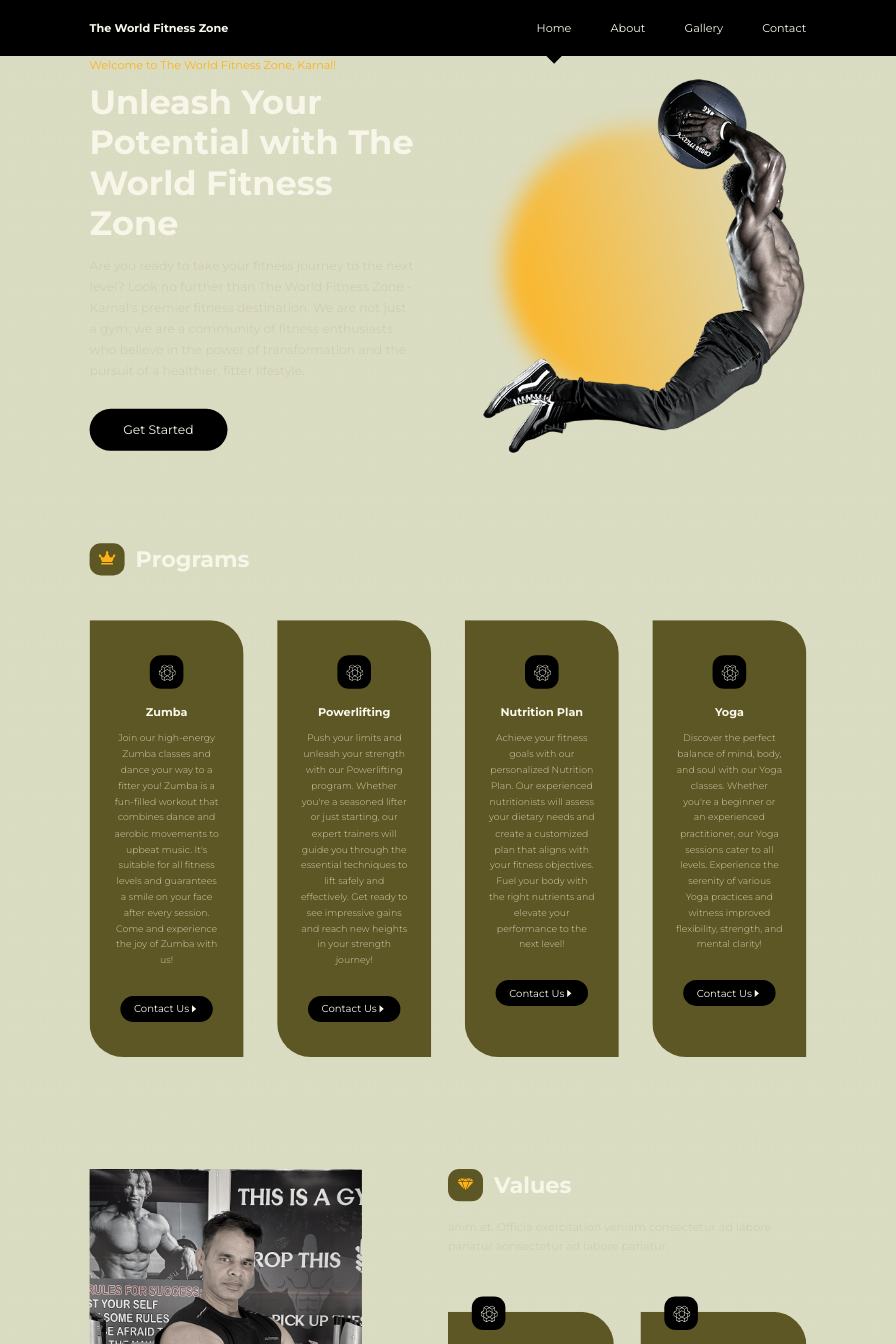
Repository: aryaMode/gym-portfolio
Page: /
An editor plug-in stored every save of this project. The page is shown before and after a run of saves, followed by the edit.
The browser window is 1280 px wide. The pictures show the part of the page from y = 0 to 1920 px (the page is 4873 px tall), at 70% of full size.
The project was rebuilt for these pictures with package versions that can differ from the ones it lists, and the page was loaded fresh each time. Also part of the build but not shown: src/pages/about/about.css, src/components/Header.jsx, src/pages/about/About.jsx, src/pages/contact/contact.css, src/pages/contact/Contact.jsx, src/pages/gallery/gallery.css, src/pages/gallery/Gallery.jsx, src/pages/notFound/notFound.css and 6 more.

Above is the page before, as saved 2023-07-20 17:37:30.

### public/index.html
<!DOCTYPE html>
<html lang="en">

<head>
    <meta charset="UTF-8">
    <meta http-equiv="X-UA-Compatible" content="IE=edge">
    <meta name="viewport" content="width=device-width, initial-scale=1.0">
    <title>Portfolio Website</title>
    <!-- GOOGLE FONTS (montserrat) -->
    <link href="https://fonts.googleapis.com/css2?family=Montserrat:wght@300;400;500;600;700&display=swap"
        rel="stylesheet">
</head>

<body>
    <div id="root"></div>
</body>

</html>

### src/App.jsx
// rafce -> shortcut to create component and export
import { BrowserRouter, Routes, Route } from "react-router-dom";
import React from "react";
import Home from "./pages/home/Home";
import About from "./pages/about/About";
import Contact from "./pages/contact/Contact";
import Gallery from "./pages/gallery/Gallery";
import NotFound from "./pages/notFound/NotFound";
import Plans from "./pages/plans/Plans";
import Trainers from "./pages/trainers/Trainers";
import Navbar from "./components/Navbar";
import Footer from "./components/Footer";

const App = () => {
	return (
		<BrowserRouter>
			<Navbar />
			<Routes>
				<Route index element={<Home />} />
				<Route path="about" element={<About />} />
				<Route path="contact" element={<Contact />} />
				<Route path="gallery" element={<Gallery />} />
				<Route path="plans" element={<Plans />} />
				<Route path="trainers" element={<Trainers />} />
				<Route path="*" element={<NotFound />} />
			</Routes>
			<Footer />
		</BrowserRouter>
	);
};

export default App;

### src/index.css
 *, *::before, *::after{
    margin: 0;
    padding: 0;
    border: 0;
    outline: 0;
    list-style: none;
    text-decoration: none;
    box-sizing: border-box;
 }

 /* CSS Global variable starts with :root {...} check w3school docs for more  info */
 :root{
    --primary-hue: 210;
    --gray-hue: 55;
    /* hsl (hue, saturation, lightness) */
    --color-primary: black;
    --color-primary-variant: hsl(var(--primary-hue), 100%, 65%);
    --color-secondary: #ffb116;
    --color-gray-100: hsl(var(--gray-hue), 47%, 94%); /*almost white colour lightness is almost 100%*/
    --color-gray-200: hsl(var(--gray-hue), 26%, 75%);
    --color-gray-300: hsl(var(--gray-hue), 24%, 64%);
    --color-gray-400: hsl(var(--gray-hue), 16%, 41%);
    --color-gray-500: hsl(var(--gray-hue), 44%, 25%);
    --color-gray-600: hsl(var(--gray-hue), 48%, 15%);

    --container-width-lg: 80%;
    --container-width-md: 90%;

    --transition: all 500ms ease; /* make sure all transition have a constant effect*/
 }

  /******************** GENERAL STYLES ********************/
  body{
    font-family: "Montserrat", sans-serif;
    color: var(--color-gray-200);
    line-height: 1.7;
    overflow-x: hidden;
    background: rgb(218, 220, 194) url(./images/bg_texture.png);
  }

  .container{
    width: var(--container-width-lg);
    max-width: 1920px;
    margin-inline: auto;
  }

  h1, h2, h3, h4, h5 {
    line-height: 1.2;
    color: var(--color-gray-100);
  }

  h1 {
    font-size: 3rem;
  }

  h2 {
    font-size: 2rem ;
  }

  a {
    color: var(--color-gray-100);
  }

  img{
    display: block;
    object-fit: cover;
    width: 100%;
}

.btn {
    color: var(--color-gray-100);
    width: fit-content;
    margin: 0 auto;
    padding: 0.9rem 2rem;
    background: var(--color-primary);
    border-radius: 1.5rem;
    transition: var(--transition);
}

.btn:hover {
    background: var(--color-secondary);
    color: var(--color-gray-600);
}

.btn.lg {
    padding: 1.2rem 3rem;
    border-radius: 2rem;
    font-size: 1.1rem;
}

.btn.sm {
    padding: 0.4rem 1.2rem;
    font-size: 0.9rem;
}

.btn.sm:hover {
    background: var(--color-gray-100);
}

/******************** SECTION REUSABLE STYLES ********************/
section {
    margin-top: 10rem;
}

.section__head {
    display: flex;
    align-items: center;
    gap: 1rem;
}

.section__head span {
    background: var(--color-gray-500);
    padding: 0.3rem 0.8rem 0;
    border-radius: 1rem;
    color: var(--color-secondary);
    font-size: 1.5rem;
}

.card {
    background: var(--color-gray-500);
    border: 2px solid transparent;
    text-align: center;
    padding: 3rem 2rem;
    border-radius: 0 3rem 0 3rem;
    transition: var(--transition);
}

.card:hover {
    background: transparent;
    border-color: var(--color-gray-400);
    cursor: default;
}

.card span {
    width: 3rem;
    height: 3rem;
    background: var(--color-primary);
    color: var(--color-gray-100);
    font-size: 1.5rem;
    padding: 0.8rem;
    display: grid;
    place-items: center;
    margin-bottom: 1.5rem;
    margin-inline: auto;
    border-radius: 1rem;
    transition: var(--transition);
}

.card:hover span {
    background: var(--color-secondary);
    color: var(--color-gray-500)
}

.card small {
    margin-top: 1rem;
    display: block;
    font-weight: 300;
}

.header {
    margin-top: 5rem;
    height: 20rem;
    overflow: hidden;
    border-bottom: 2px solid var(--color-gray-400);
}

.header__container {
    width: 100%;
    height: 100%;
    position: relative;
    display: grid;
    place-items: center;
    background: #0000;
}

.header__container-lg {
    position: absolute;
    width: 100%;
}

.header__container-lg img {
    opacity: 0.5;
}

.header__content {
    position: relative;
    width: 44%;
    margin: 0 auto;
    text-align: center;
    color: var(--color-gray-100);
}

.header__content h2 {
    margin-bottom: 1rem;
}

.header__content p {
    color: rgba(255, 255, 255, 0.7, green, blue, alpha);
}






/******************** MEADIA QUERIES (medium screens) ********************/
@media screen and (max-width: 1024px) {
    .container {
        width: var(--container-width-md);
    }

    h1 {
        font-size: 2rem;
    }

    h2 {
        font-size: 1.6rem;
    }

    .header__content {
        width: 76%;
    }
}

/******************** MEADIA QUERIES (small screens) ********************/
@media screen and (max-width: 600px) {
    h1 {
        font-size: 2.2rem;
        line-height: 1.3;
    }

    section {
        margin-top: 7rem;
    }

    .header {
        height: fit-content;
    }

    .header__content {
        width: var(--container-width-md);
        padding: 3rem 0;
    }

    .header__content p {
        font-size: 0.85rem;
    }
}

### src/pages/home/Home.jsx
import React from "react";
import "./home.css";
import MainHeader from "../../components/MainHeader";
import Program from "../../components/Program";
import Values from "../../components/Values";
import FAQs from "../../components/FAQs";
import Testimonial from "../../components/Testimonial";
// import Footer from "../../components/Footer";

const Home = () => {
	return (
		<>
			<MainHeader />
			<Program />
			<Values />
			<FAQs />
			<Testimonial />
			{/* <Footer /> comment this out so footer wount be double */}
		</>
	);
};

export default Home;

### src/components/Navbar.jsx
import { useState } from "react";
import {logoName} from "../data";
import { Link, NavLink } from "react-router-dom";
// NavLink comes with an isactive prop which we can use to detect which page we on
// so we can have a special style for that link
import React from "react";
import Logo from "../images/logo.png";
import { links } from "../data";
import { GoThreeBars } from "react-icons/go";
import { MdOutlineClose } from "react-icons/md";
import "./navbar.css";

const Navbar = () => {
	const [isNavShowing, setIsNavShowing] = useState(false);

	const handleNavToggle = () => {
		return setIsNavShowing((prevVAlue) => {
			return !prevVAlue;
		});
	};

	return (
		<nav>
			<div className="container nav__container">
				<Link to="/" className="logo" onClick={handleNavToggle}>
					{/* <img src={Logo} alt="Nav-logo" /> */}
					<div>{logoName}</div>
				</Link>
				<ul
					className={`nav__links ${isNavShowing ? "show__nav" : "hide__nav"}`}
				>
					{/* Destructure the links array of object from the links to get each item */}
					{links.map(({ name, path }, index) => {
						return (
							<li key={index}>
								<NavLink
									to={path}
									className={({ isActive }) => (isActive ? "active-nav" : "")}
									onClick={handleNavToggle}
								>
									{name}
								</NavLink>
							</li>
						);
					})}
				</ul>
				<button onClick={handleNavToggle} className="nav__toggle-btn">
					{isNavShowing ? <MdOutlineClose /> : <GoThreeBars />}
				</button>
			</div>
		</nav>
	);
};

export default Navbar;

// export PATH=$PATH:/home/daveworld/bin

### src/components/Footer.jsx
import React from "react";
import { Link } from "react-router-dom";
import {logoName} from "../data";
import Logo from "../images/logo.png";
import { FaYoutube } from "react-icons/fa";
import { FaFacebookF } from "react-icons/fa";
import { AiOutlineTwitter } from "react-icons/ai";
import { AiFillInstagram } from "react-icons/ai";

const Footer = () => {
	return (
		<footer>
			<div className="container footer__container">
				<article>
					<Link to="/" className="logo">
						{/* <img src={Logo} alt="Footer Logo" /> */}
					{logoName}
					</Link>
					<p>
						Consectetur non nostrud enim nostrud est culpa ullamco incididunt
						nisi. Consectetur non nostrud enim nostrud est culpa ullamco
						incididunt nisi.
					</p>
					<div className="footer__socials">
						<a
							href="https://youtube.com/@Thesandeep325"
							target="_blank"
							rel="noreferrer noopener"
						>
							<FaYoutube />
						</a>
						<a
							href="https://www.facebook.com/profile.php?id=100000823973714&mibextid=LQQJ4d"
							target="_blank"
							rel="noreferrer noopener"
						>
							<FaFacebookF />
						</a>

						<a
							href="https://instagram.com/the_world_fitness_zone_?igshid=MzRlODBiNWFlZA=="
							target="_blank"
							rel="noreferrer noopener"
						>
							<AiFillInstagram />
						</a>
					</div>
				</article>
				<article>
					<h4>Permalinks</h4>
					<Link to="/about">About</Link>
					<Link to="/plans">Plans</Link>
					<Link to="/trainers">Trainers</Link>
					<Link to="/gallery">Gallery</Link>
					<Link to="/contact">Contact</Link>
				</article>
				<article>
					<h4>Insights</h4>
					<Link to="/s">Blog</Link>
					<Link to="/s">Case Studies</Link>
					<Link to="/s">Events</Link>
					<Link to="/s">Communities</Link>
					<Link to="/constact">FAQs</Link>
				</article>
				<article>
					<h4>Get In Touch</h4>
					<Link to="/contact">Plans</Link>
					<Link to="/s">Trainers</Link>
				</article>
			</div>
			<br />
			<br />
			<br />
			<br />
		</footer>
	);
};

export default Footer;

### src/components/MainHeader.jsx
import React from "react";
import { Link } from "react-router-dom";
import Image from "../images/main_header.png";

const MainHeader = () => {
	return (
		<header className="main__header">
			<div className="container main__header-container">
				<div className="main__header-left">
					<h4>Welcome to The World Fitness Zone, Karnal!</h4>
					<h1>Unleash Your Potential with The World Fitness Zone

</h1>
					<p>
					Are you ready to take your fitness journey to the next level? Look no further than The World Fitness Zone - Karnal's premier fitness destination. We are not just a gym; we are a community of fitness enthusiasts who believe in the power of transformation and the pursuit of a healthier, fitter lifestyle.
					</p>
					<Link to="/contact" className="btn lg">
						Get Started
					</Link>
				</div>
				<div className="main__header-right">
					<div className="main__header-circle"></div>
					<div className="main__header-image">
						<img src={Image} alt="MainHeaderImage" />
					</div>
				</div>
			</div>
		</header>
	);
};

export default MainHeader;

### src/components/Program.jsx
import React from "react";
import { FaCrown } from "react-icons/fa";
import SectionHead from "./SectionHead";
import { programs } from "../data";
import Card from "../UI/Card";
import { Link } from "react-router-dom";
import { AiFillCaretRight } from "react-icons/ai";

const Program = () => {
	return (
		<section className="programs">
			<div className="container programs container">
				<SectionHead icon={<FaCrown />} title="Programs" />

				<div className="program__wrapper">
					{programs.map(({ id, icon, title, info, path }) => {
						return (
							<Card className="programs__program" key={id}>
								<span>{icon}</span>
								<h4>{title}</h4>
								<small>{info}</small>
								<Link to={path} className="btn sm">
									Contact Us <AiFillCaretRight />
								</Link>
							</Card>
						);
					})}
				</div>
			</div>
		</section>
	);
};

export default Program;

### src/components/Values.jsx
import React from "react";
import Image from "../images/values.jpg";
import SectionHead from "./SectionHead";
import { GiCutDiamond } from "react-icons/gi";
import { values } from "../data";
import Card from "../UI/Card";

const Values = () => {
	return (
		<section className="values">
			<div className="container values__container">
				<div className="values__left">
					<div className="values__image">
						<img src={Image} alt="values Image" />
					</div>
				</div>
				<div className="values__right">
					<SectionHead icon={<GiCutDiamond />} title="Values" />
					<p>
						anim et. Officia exercitation veniam consectetur ad labore pariatur
						aonsectetur ad labore pariatur.
					</p>
					<div className="values__wrapper">
						{values.map(({ id, icon, title, desc }) => {
							return (
								<Card className="values__value" key={id}>
									<span>{icon}</span>
									<h4>{title}</h4>
									<small>{desc}</small>
								</Card>
							);
						})}
					</div>
				</div>
			</div>
		</section>
	);
};

export default Values;

### src/components/FAQs.jsx
import React from "react";
import { FaQuestion } from "react-icons/fa";
import { faqs } from "../data";
import FAQ from "./FAQ";
import SectionHead from "./SectionHead";
const FAQs = () => {
	return (
		<section className="faqs">
			<div className="container faqs__container">
				<SectionHead icon={<FaQuestion />} title="FAQs" />
				<div className="faqs__wrapper">
					{faqs.map(({ id, question, answer }) => {
						return <FAQ key={id} question={question} answer={answer} />;
					})}
				</div>
			</div>
		</section>
	);
};

export default FAQs;

### src/components/Testimonial.jsx
import React, { useState } from "react";
import SectionHead from "./SectionHead";
import { ImQuotesLeft } from "react-icons/im";
import Card from "../UI/Card";
import {
	IoIosArrowDropleftCircle,
	IoIosArrowDroprightCircle,
} from "react-icons/io";
import { testimonials } from "../data";

const Testimonial = () => {
	const [index, setIndex] = useState(0);
	const { name, quote, job, avatar } = testimonials[index];

	const handlePreviousTestimonial = () => {
		setIndex((prevValue) => {
			return prevValue - 1;
		});
		if (index <= 0) {
			setIndex(testimonials.length - 1);
		}
	};
	const handleAfterTestimonial = () => {
		setIndex((prevValue) => {
			return prevValue + 1;
		});
		if (index >= testimonials.length - 1) {
			setIndex(0);
		}
	};

	return (
		<section className="testimonials">
			<div className="container testimonial__container">
				<SectionHead
					icon={<ImQuotesLeft />}
					title="Testimonials"
					className="testimonials__head"
				/>
				<Card className="testimonial">
					<div className="testimonial__avatar">
						<img src={avatar} alt={name} />
					</div>
					<p className="testimonial__quote">{`"${quote}"`}</p>
					<h5>{name}</h5>
					<small className="testimonial__title">{job}</small>
				</Card>
				<div className="testimonial__btn-container">
					<button
						className="testimonials__btn"
						onClick={handlePreviousTestimonial}
					>
						<IoIosArrowDropleftCircle />
					</button>
					<button
						className="testimonials__btn"
						onClick={handleAfterTestimonial}
					>
						<IoIosArrowDroprightCircle />
					</button>
				</div>
			</div>
		</section>
	);
};

export default Testimonial;

### src/UI/Card.jsx
import React from "react";

const Card = ({ className, children }) => {
	return <article className={`card ${className}`}>{children}</article>;
};

export default Card;

### src/components/SectionHead.jsx
import React from "react";

// A reuseable component for each section name
const SectionHead = ({ icon, title, className }) => {
	return (
		<div className={`section__head ${className}`}>
			<span>{icon}</span>
			<h2>{title}</h2>
		</div>
	);
};

export default SectionHead;

### src/components/FAQ.jsx
import React, { useState } from "react";
import { AiOutlinePlus } from "react-icons/ai";
import { AiOutlineMinus } from "react-icons/ai";

const FAQ = ({ question, answer }) => {
	const [isAnswerShowing, setIsAnswerShowing] = useState(false);

	const handleFAQ = () => {
		return setIsAnswerShowing((prevValue) => {
			return !prevValue;
		});
	};

	return (
		<article className="faq" onClick={handleFAQ}>
			<div>
				<h4>{question}</h4>
				<button className="faq__icon">
					{isAnswerShowing ? <AiOutlineMinus /> : <AiOutlinePlus />}
				</button>
			</div>
			{isAnswerShowing && <p>{answer}</p>}
		</article>
	);
};

export default FAQ;

Loaded but not shown: src/index.js (common file); src/data.js (331 lines, source omitted); src/pages/home/home.css (412 lines, source omitted); src/components/navbar.css (148 lines, source omitted)

After the next 2 saves:
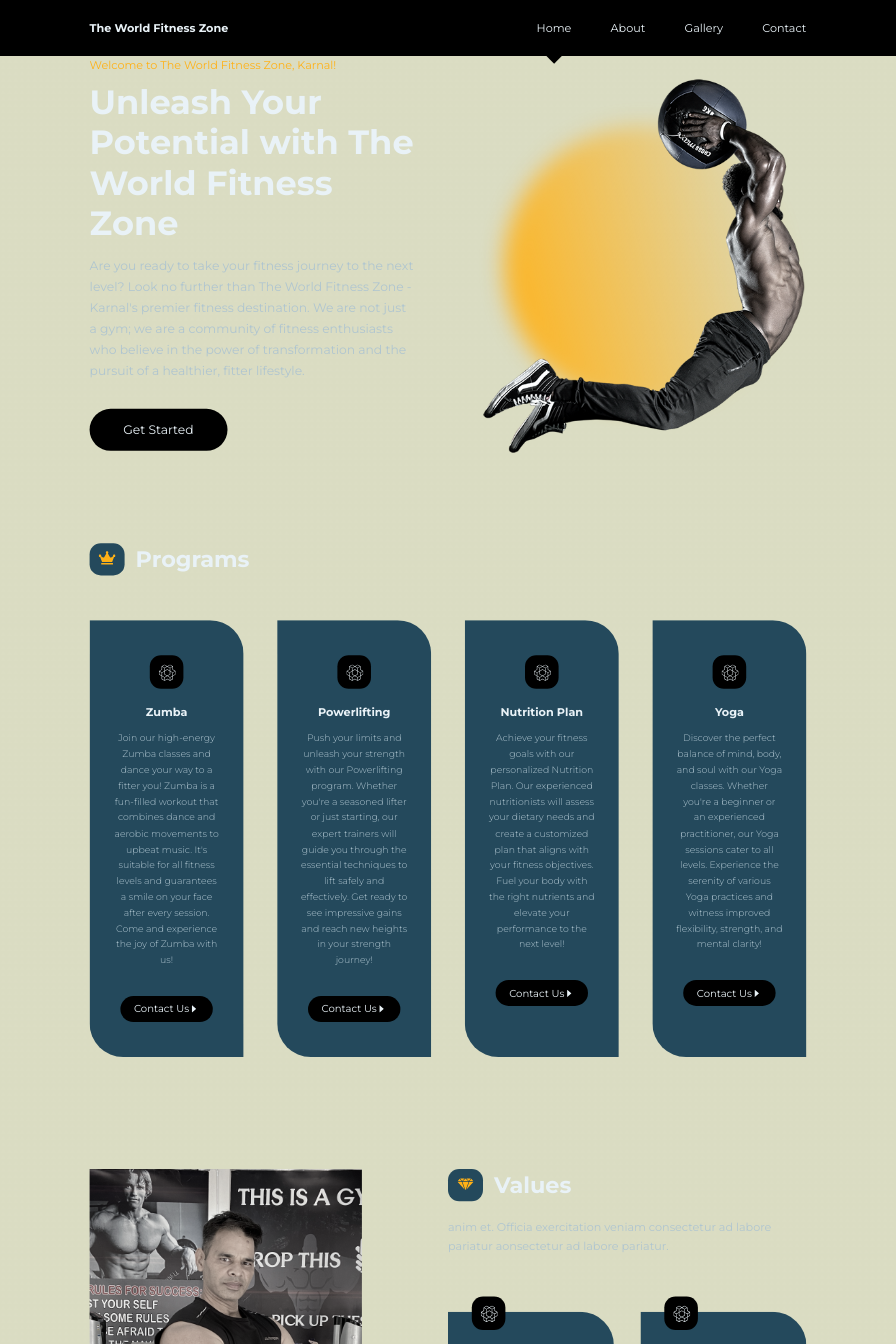
The 2 saves are shown as one change because they came seconds apart.
The last was saved 19 s later.
--- a/src/index.css
+++ b/src/index.css
@@ -11,7 +11,7 @@
  /* CSS Global variable starts with :root {...} check w3school docs for more  info */
  :root{
     --primary-hue: 210;
-    --gray-hue: 55;
+    --gray-hue: 200;
     /* hsl (hue, saturation, lightness) */
     --color-primary: black;
     --color-primary-variant: hsl(var(--primary-hue), 100%, 65%);

After the save that followed:
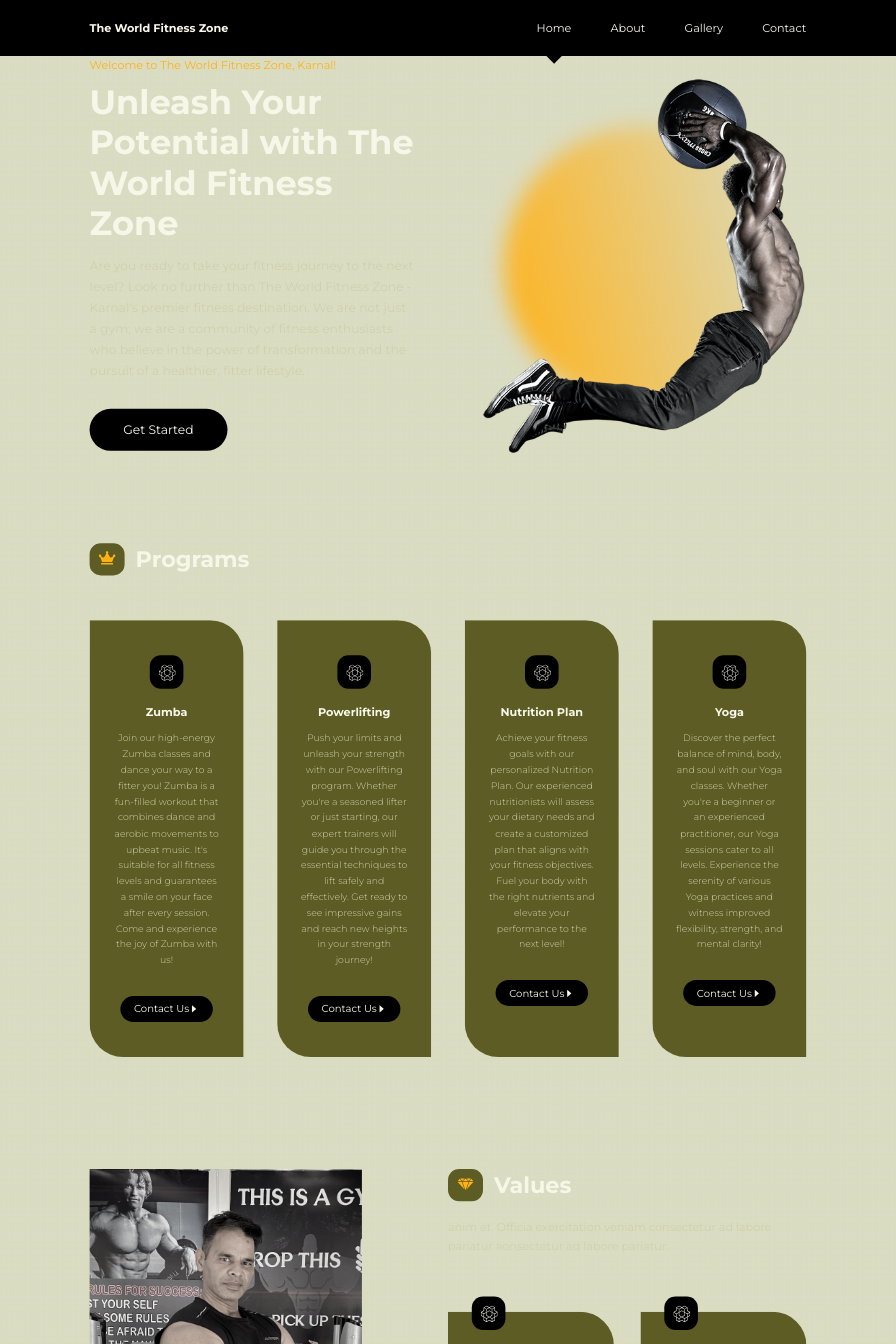
Saved 48 s later.
--- a/src/index.css
+++ b/src/index.css
@@ -11,7 +11,7 @@
  /* CSS Global variable starts with :root {...} check w3school docs for more  info */
  :root{
     --primary-hue: 210;
-    --gray-hue: 200;
+    --gray-hue: 60;
     /* hsl (hue, saturation, lightness) */
     --color-primary: black;
     --color-primary-variant: hsl(var(--primary-hue), 100%, 65%);
